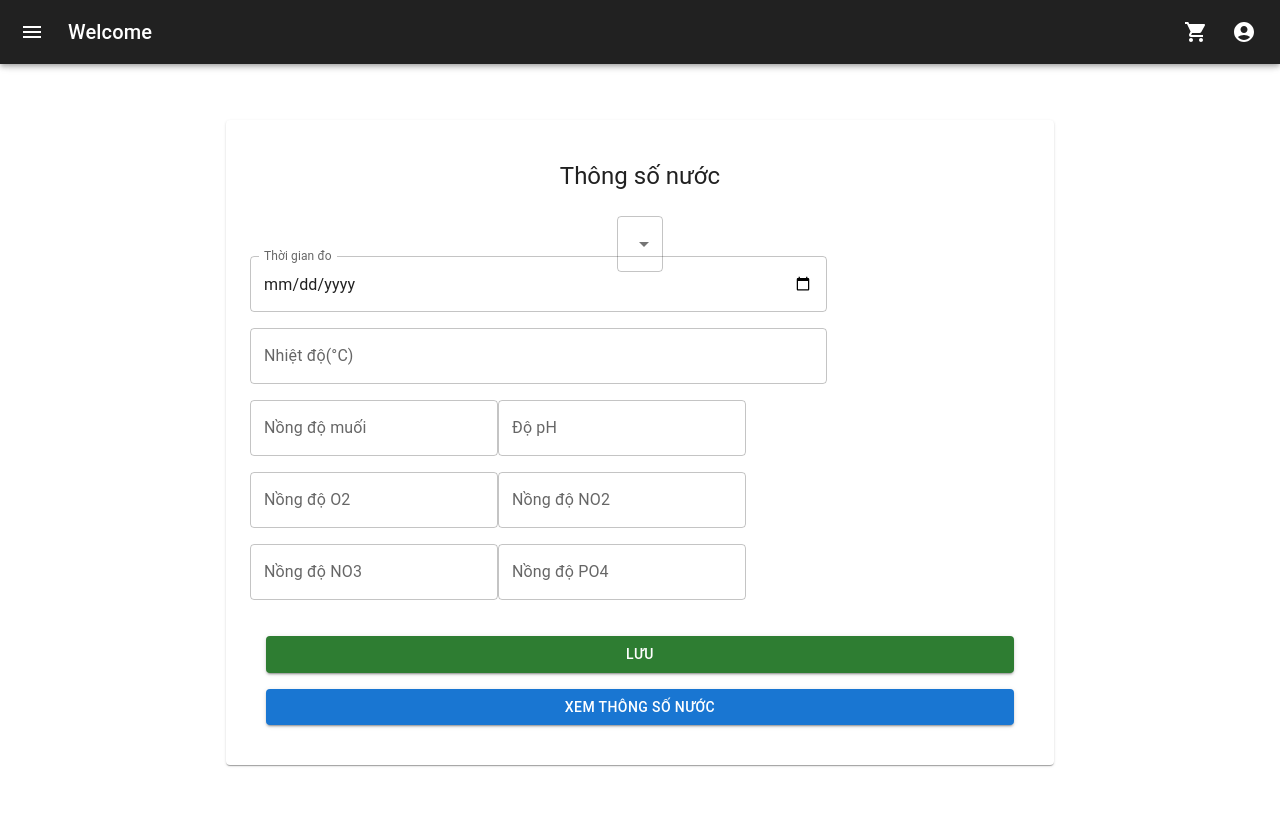
Repository: huynguyenj/KOICARE_FRONTEND
Page: /userhome/param (app in kcs-frontend/)
These files come from the project's save history. The page is drawn as it stood at one moment and after a run of saves; the edit follows.
The browser window is 1280 px wide. The pictures show the whole page.
The project was rebuilt for these pictures with package versions that can differ from the ones it lists, and the page was loaded fresh each time. Also part of the build but not shown: kcs-frontend/vite.config.js, kcs-frontend/src/components/Header/Header.css, kcs-frontend/src/components/Header/Header.jsx, kcs-frontend/src/components/Footer/Footer.jsx, kcs-frontend/src/components/Footer/FooterEnd.jsx, kcs-frontend/src/components/Footer/FooterCR.jsx, kcs-frontend/src/components/Footer/Footer1.jsx, kcs-frontend/src/pages/Guest/Home/Home.jsx and 38 more.

Above is the page before, as saved 2024-10-26 14:49:04.

After the next 4 saves:
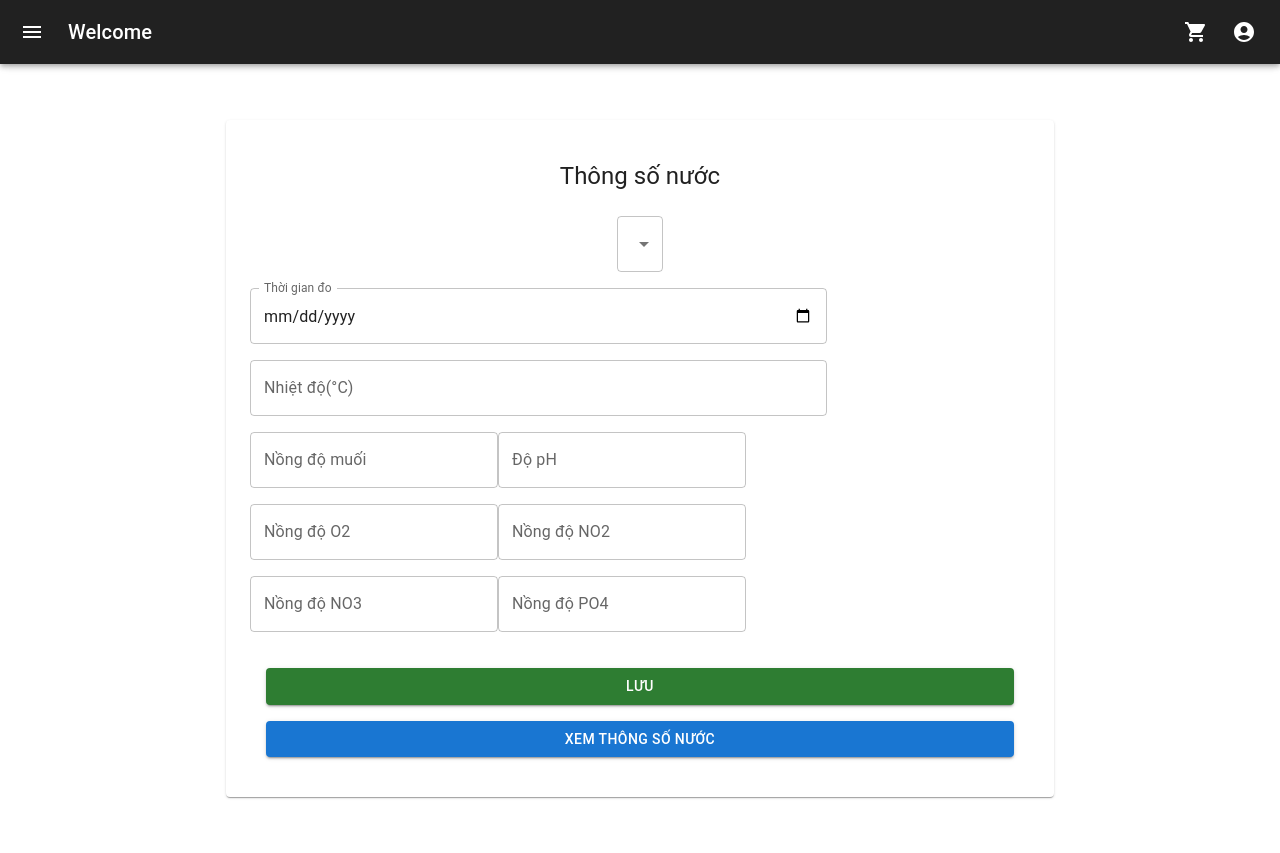
The 4 saves are shown as one change because they came seconds apart.
The last was saved 29 s later.
--- a/kcs-frontend/src/pages/Calculate/WaterParam/AddWaterParam.jsx
+++ b/kcs-frontend/src/pages/Calculate/WaterParam/AddWaterParam.jsx
@@ -94,7 +94,7 @@ function AddWaterParam() {
             labelId="demo"
             label="Chọn hồ của tôi"
             value={pondId}
-
+            sx={{mb:4}}
             onChange={handlePond}
           >
 
